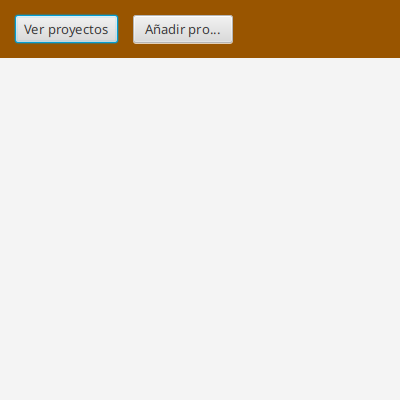
Repository: anxoportela/PROG
Program's window: java Java_Interfaz/ProyectoJavaFX/src/com/acarballeira/javaFX/ejemplo8/App.java
An editor plug-in stored every save of this project. The program's window is shown before and after the next save, followed by the edit.
It runs on Java 21 on a 1366 x 768 screen with JavaFX 11; the title bar is not drawn.

Above is the program's window before, as saved 2020-03-04 21:09:49.

After the next save:
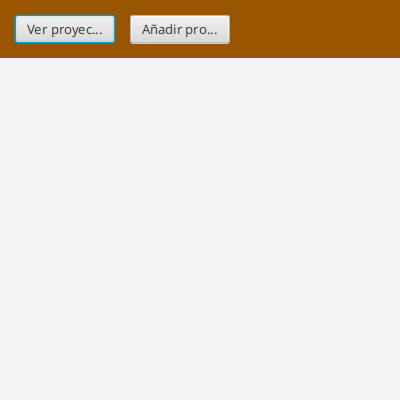
Saved 12 s later.
--- a/Java_Interfaz/ProyectoJavaFX/src/com/acarballeira/javaFX/ejemplo8/App.java
+++ b/Java_Interfaz/ProyectoJavaFX/src/com/acarballeira/javaFX/ejemplo8/App.java
@@ -38,7 +38,9 @@
 		hbox.setPadding(new Insets(15, 15, 15, 15));
 		hbox.setSpacing(15);
 		hbox.setStyle("-fx-background-color: #995500");
+		btn1.setPrefSize(100, 25);
 		btn2.setPrefSize(100, 25);
+
 		hbox.getChildren().addAll(btn1,btn2);
 		return hbox;
 	}
